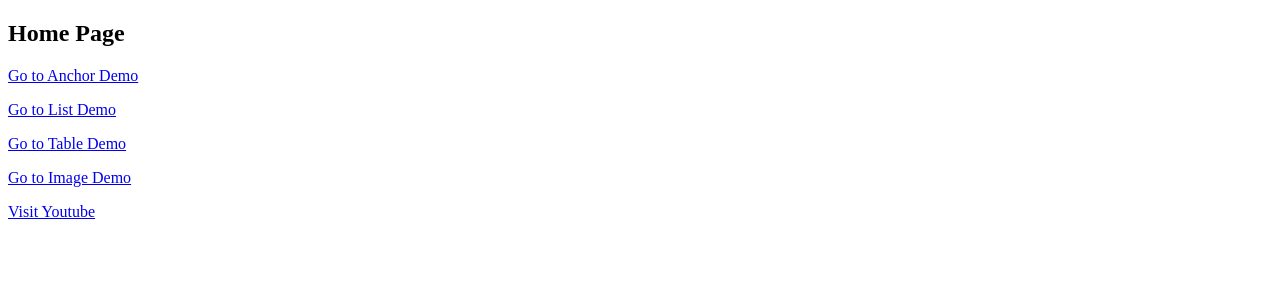
Repository: jbn-aman/wiprobatch1
Page: project/work/html/mywebapp/public/pages/anchordemo.html
An editor plug-in stored every save of this project. The page is shown before and after the next save, followed by the edit.
The browser window is 1280 px wide. The pictures show the whole page.

Above is the page before, as saved 2024-04-01 14:18:19.

### project/work/html/mywebapp/public/pages/anchordemo.html
<!DOCTYPE html>
<html>
<head>
<meta charset="ISO-8859-1">
<title>Insert title here</title>
</head>
<body>

	<h2>Home Page</h2>

	<p>
		<a href="anchordemo.html">Go to Anchor Demo</a>
	</p>
	<p>
		<a href="listdemo.html">Go to List Demo</a>
	</p>

	<p>
		<a href="tabledemo.html">Go to Table Demo</a>
	</p>
	<p>
		<a href="Image Demo.html">Go to Image Demo</a>
	</p>
	<p>
		<a href="https://www.youtube.com/">Visit Youtube</a>
	</p>

</body>
</html>

After the next save:
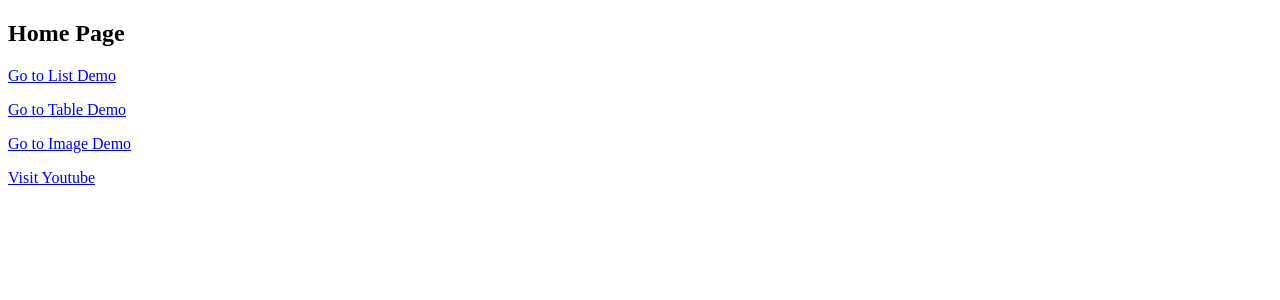
Saved 29 s later.
--- a/project/work/html/mywebapp/public/pages/anchordemo.html
+++ b/project/work/html/mywebapp/public/pages/anchordemo.html
@@ -7,10 +7,6 @@
 <body>
 
 	<h2>Home Page</h2>
-
-	<p>
-		<a href="anchordemo.html">Go to Anchor Demo</a>
-	</p>
 	<p>
 		<a href="listdemo.html">Go to List Demo</a>
 	</p>
